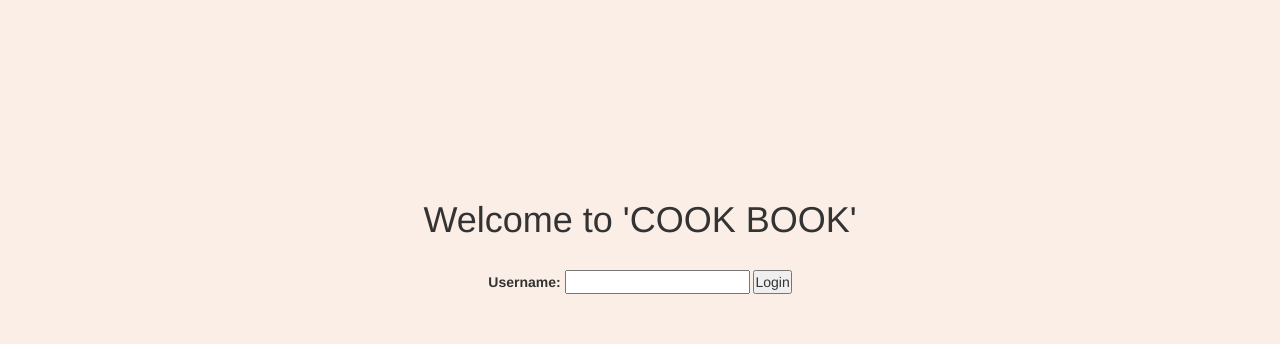
Repository: atena123/COOK-BOOK
Page: http://localhost/
The author's editor kept a record of every edit. The page is drawn from the files as they stood at one moment, then again after a run of edits.
The browser window is 1280 px wide. The pictures show the whole page.
Some web libraries are served in a nearby version. The page is served by the project's application, run on Flask 3 (app.py). Queries for data that is not in the repository find no rows.

Above is the page before.

After the next 2 edits:
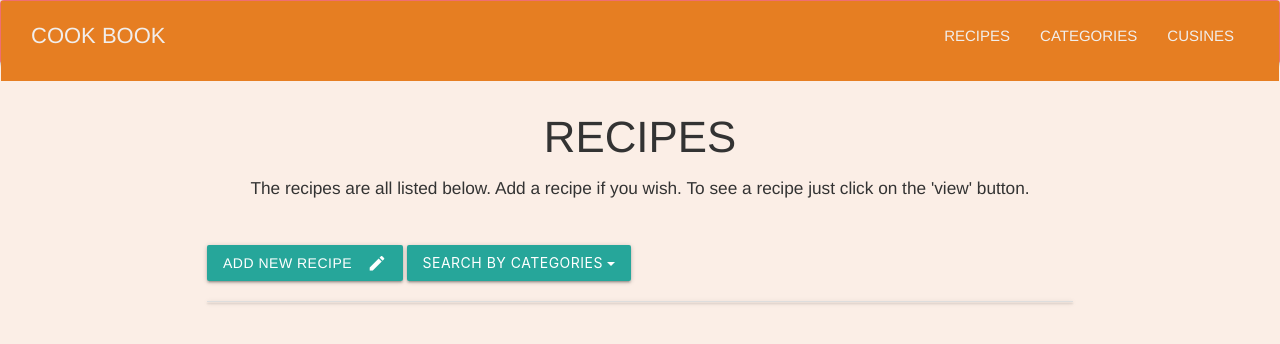
The 2 edits are shown as one change because 1 did not build or start.
The edit:
--- a/app.py
+++ b/app.py
@@ -19,15 +19,13 @@
 #-------------RECIPES-------------
 
 @app.route('/')
-def find_login():
-        """Login Page"""
-        return render_template('login.html')
 
 
 @app.route('/find_recipes')
 def find_recipes():
         """Find Recipe Page"""
         return render_template("recipes.html", recipes=mongo.db.recipes.find(), categories=mongo.db.categories.find())
+
 @app.route('/')
 @app.route('/login_user/<email>')
 def add_user_to_app(email):
